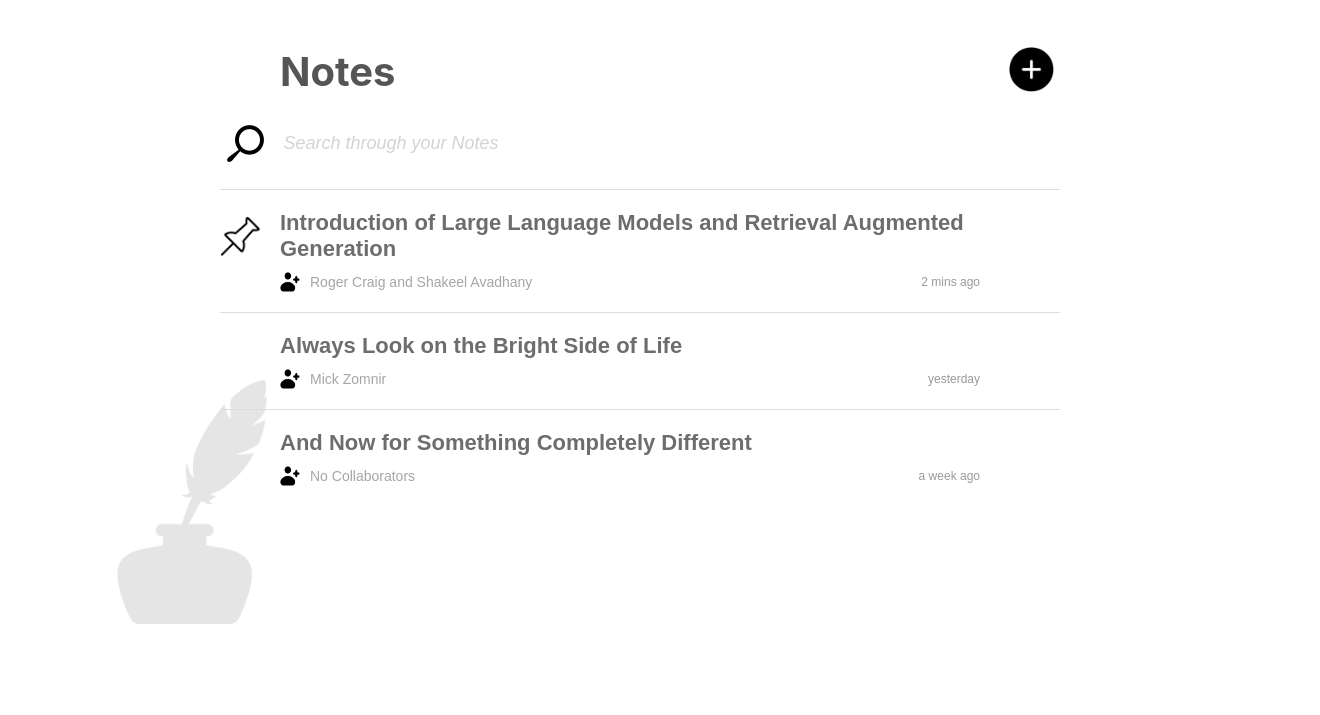
Repository: shabiasaeed/Notes-app
Page: /
The author's editor kept a copy of each file at every save. The page is drawn from the files as they stood at one save, then again after the next save.
The browser window is 1280 px wide. The page is 1320 px wide, so the pictures cover 1320 px, including what lies to the right of the window. The pictures show the whole page.
The project was rebuilt for these pictures with package versions that can differ from the ones it lists, and the page was loaded fresh each time.

Above is the page before, as saved 2024-12-25 19:29:13.

After the next save:
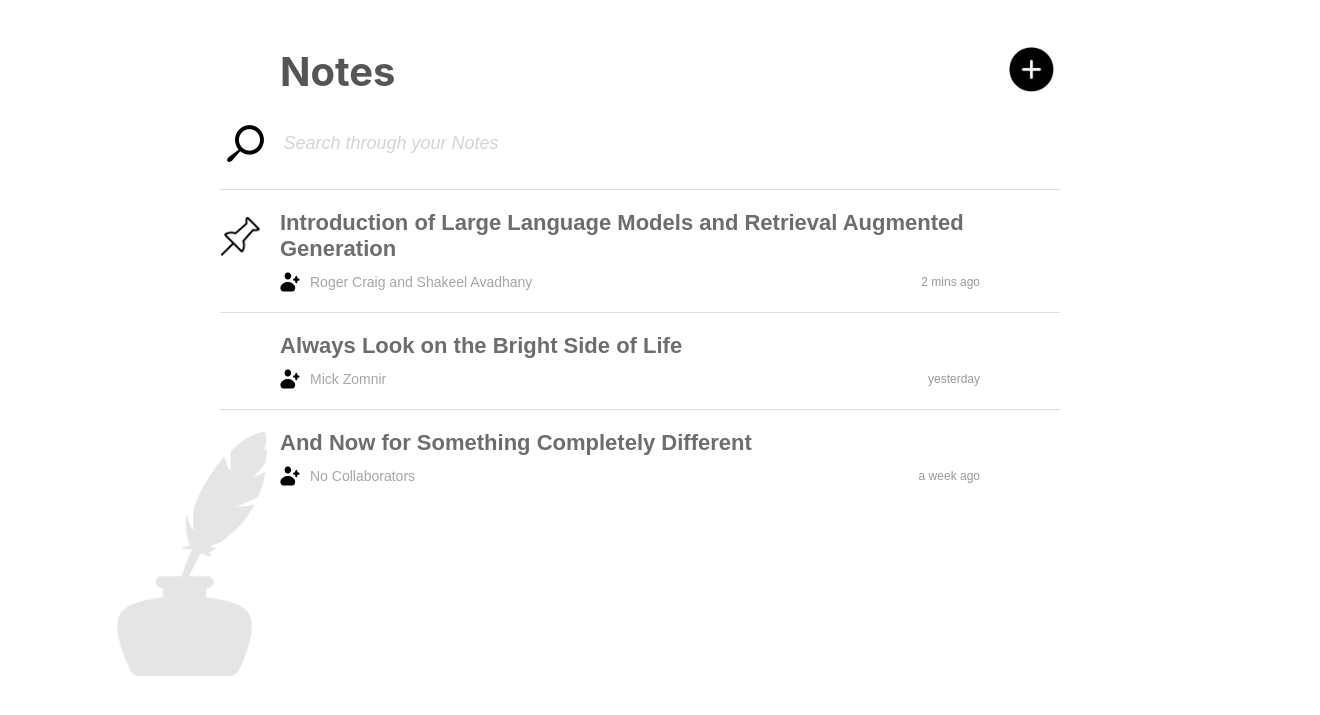
Saved 79 s later.
--- a/src/App.css
+++ b/src/App.css
@@ -9,7 +9,7 @@ main {
 
 /* Styling for background element */
 .ink-element {
-  position: absolute;
+  position: fixed;
   top: 60%;
   left: 15%;
   transform: translateX(-50%);
